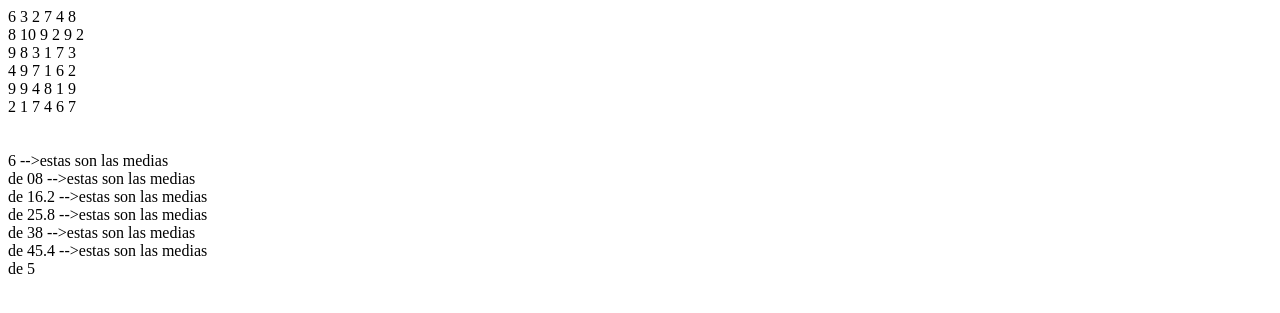
Repository: Sxcram02/1-daw
Page: http://localhost/notaMedia.php
The author's editor kept a copy of each file at every save. The page is drawn from the files as they stood at one save, then again after the next save.
The browser window is 1280 px wide. The pictures show the whole page.
The page is run by PHP 8.4 with error messages shown; the project is at /var/www/html/.

Above is the page before, as saved 2023-01-19 15:49:14.

After the next save:
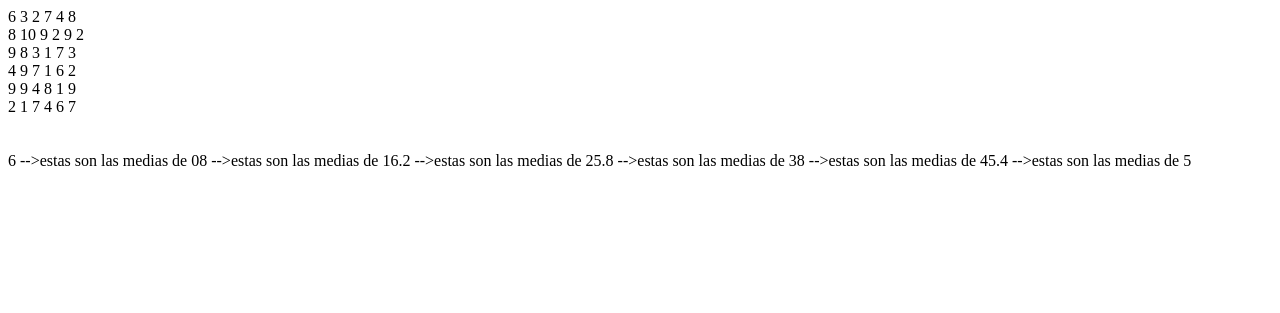
Saved 17 s later.
--- a/PHP/notaMedia.php
+++ b/PHP/notaMedia.php
@@ -12,7 +12,7 @@
     for($v1=0;$v1<=5;$v1++){
             $nota_media[$v1] = array_sum($notas_alumnos[$v1])/5;
             echo $nota_media[$v1],"  -->", "estas son las medias";
-            echo "<br />", " de ", $v1;
+            echo " de ", $v1;
     };
 
 ?>

After the save that followed:
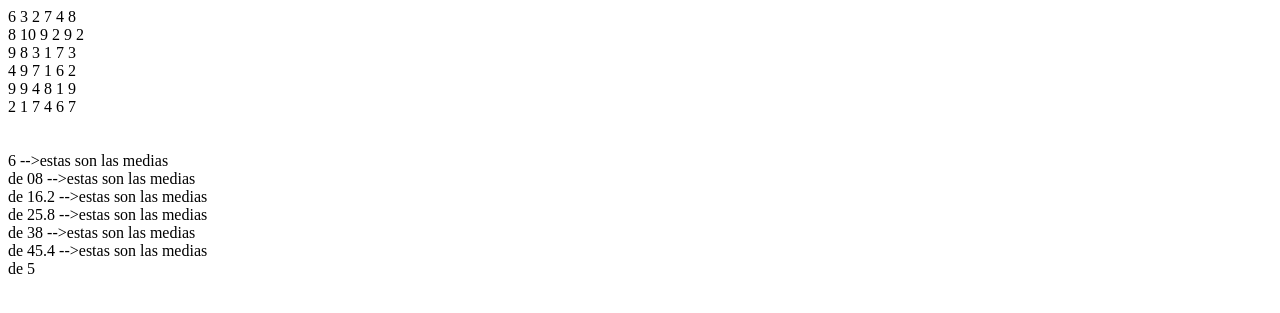
Saved 25 s later.
--- a/PHP/notaMedia.php
+++ b/PHP/notaMedia.php
@@ -12,6 +12,7 @@
     for($v1=0;$v1<=5;$v1++){
             $nota_media[$v1] = array_sum($notas_alumnos[$v1])/5;
             echo $nota_media[$v1],"  -->", "estas son las medias";
+            echo "<br />";
             echo " de ", $v1;
     };
 
